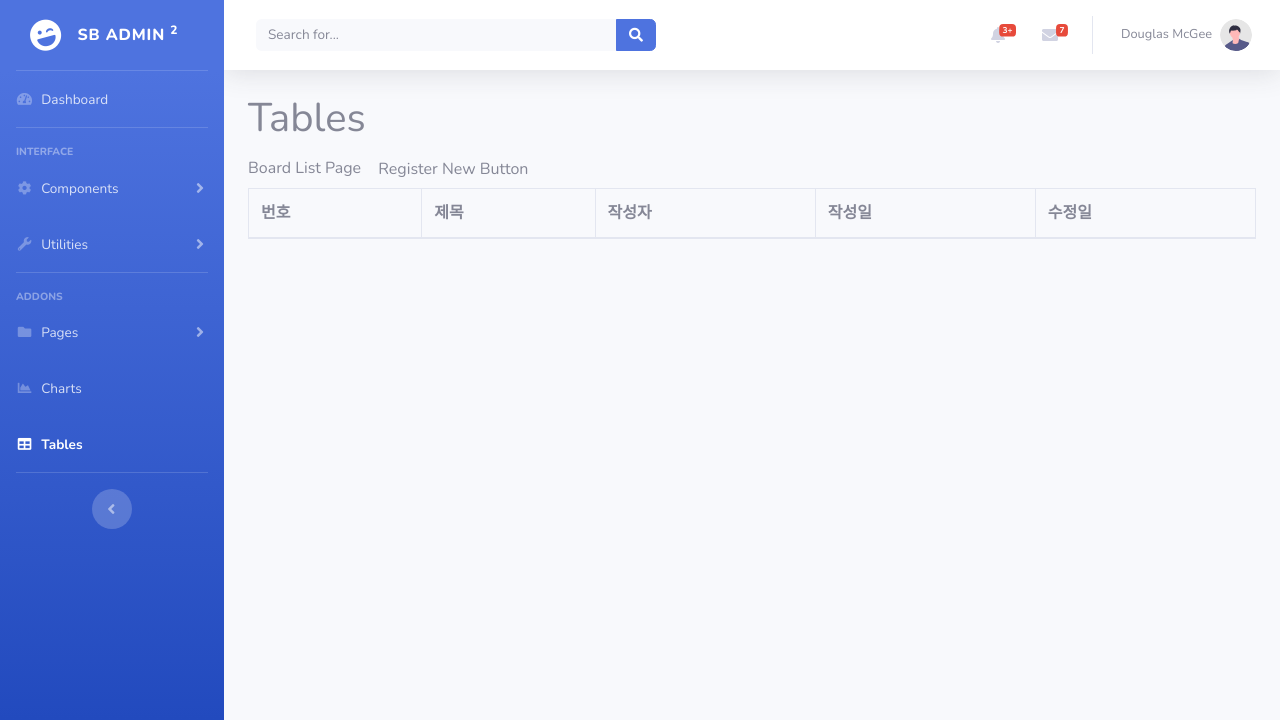
Repository: rlarmsdn2999/SpringWebProject
Page: http://localhost/board2/WEB-INF/views/board/list.jsp
An editor plug-in stored every save of this project. The page is shown before and after the next save, followed by the edit.
The browser window is 1280 px wide. The pictures show the whole page.
The page is served by Tomcat 9. Nobody is signed in. The template is opened directly, without the code that normally fills it, so the values that code supplies are empty.

Above is the page before, as saved 2023-02-24 06:16:07.

After the next save:
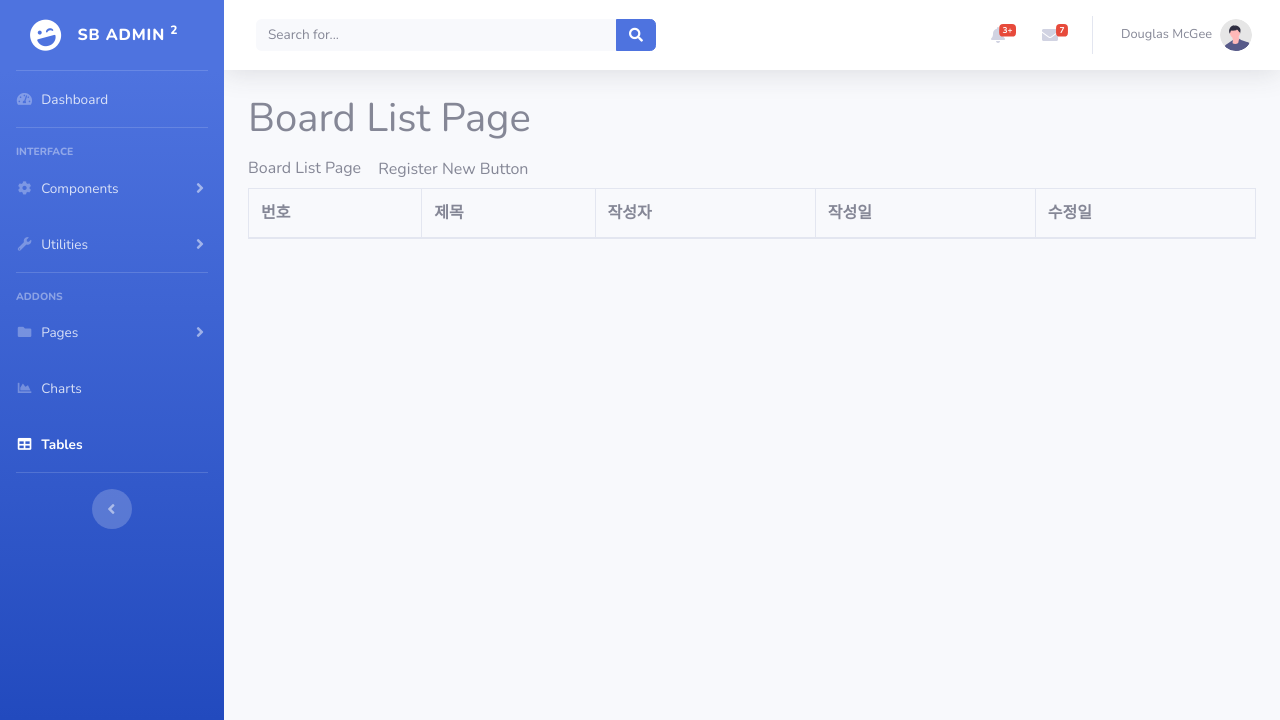
Saved 67 s later.
--- a/board2/src/main/webapp/WEB-INF/views/board/list.jsp
+++ b/board2/src/main/webapp/WEB-INF/views/board/list.jsp
@@ -6,7 +6,7 @@ pageEncoding="UTF-8" %>
 <%@include file="../includes/header.jsp" %>
 <div class="row">
 	<div class="col-lg-12">
-		<h1 class="page-header">Tables</h1>
+		<h1 class="page-header">Board List Page</h1>
 	</div>
 </div>
 
